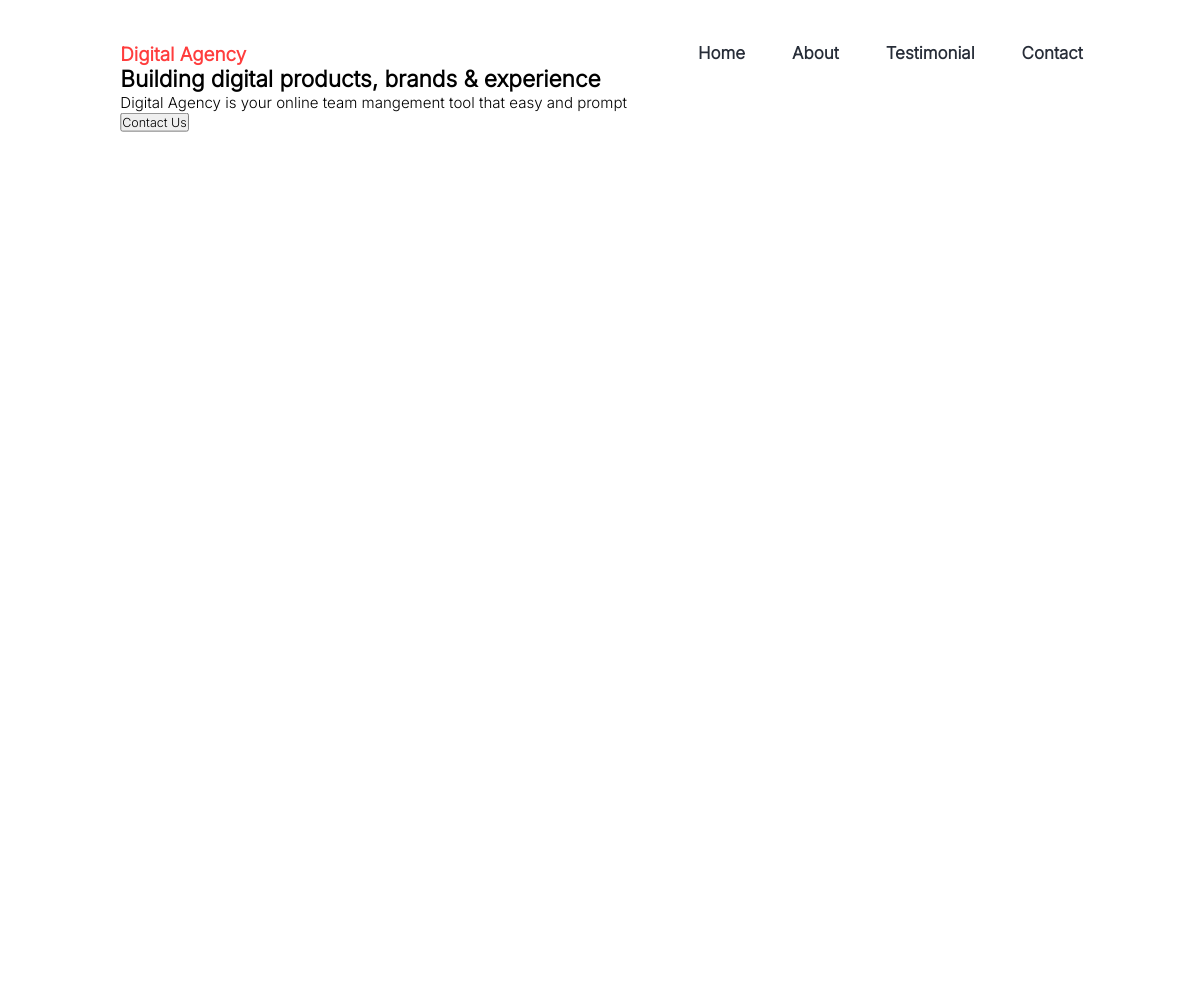
Repository: ThuatDev/fullstack_devc
Page: index.html
These files come from the project's save history. The page is drawn as it stood at one moment and after the next save; the edit follows.
The browser window is 1280 px wide. The pictures show the whole page, at 94% of full size.

Above is the page before, as saved 2022-11-09 16:24:24.

After the next save:
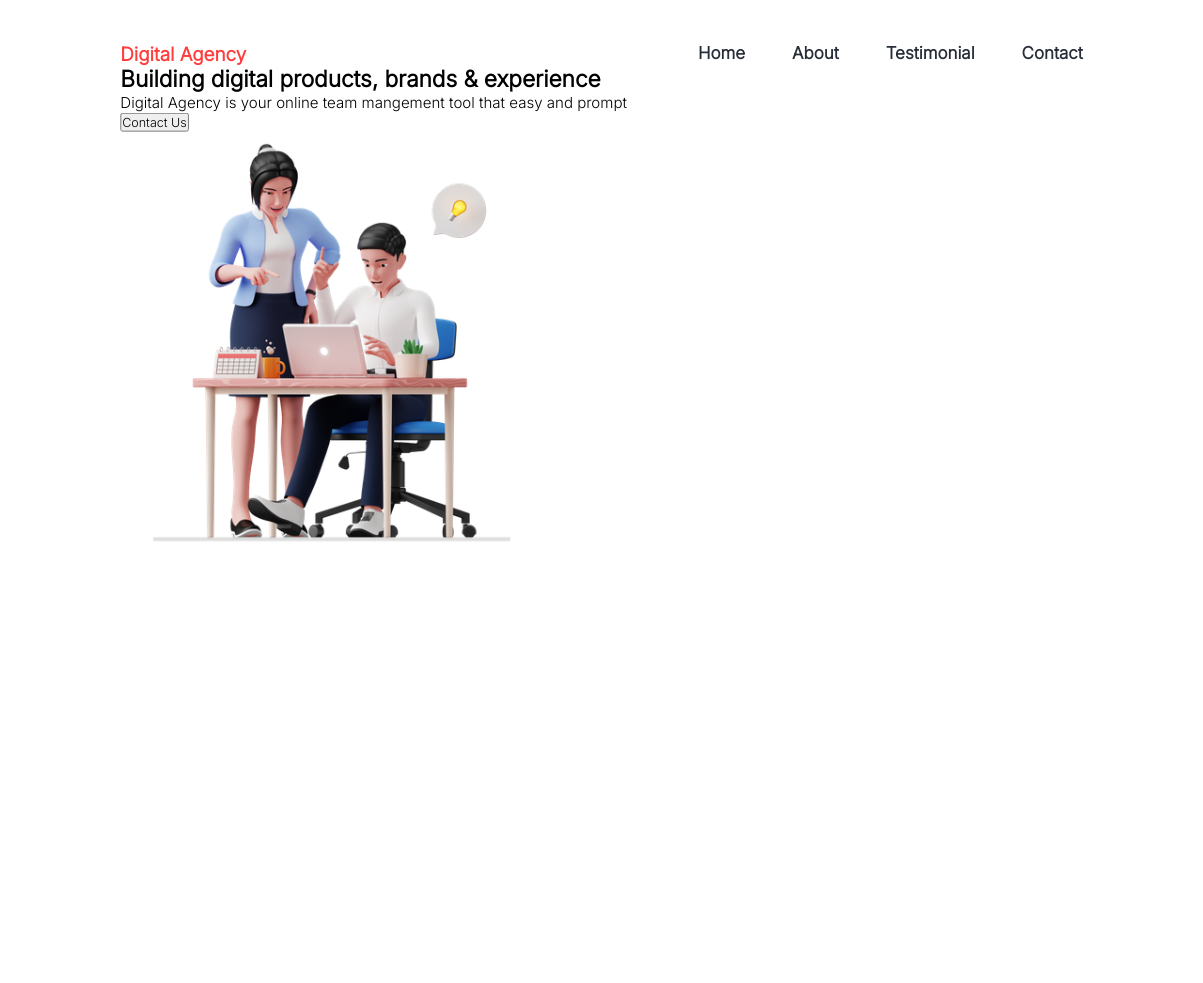
Saved 4 min 34 s later.
--- a/index.html
+++ b/index.html
@@ -33,7 +33,12 @@
           </p>
           <button>Contact Us</button>
         </div>
-        <div class="h-section__right"></div>
+        <div class="h-section__right">
+          <img
+            src="./img/business-people-discussing-business-idea.png"
+            alt=""
+          />
+        </div>
       </div>
     </div>
   </body>
